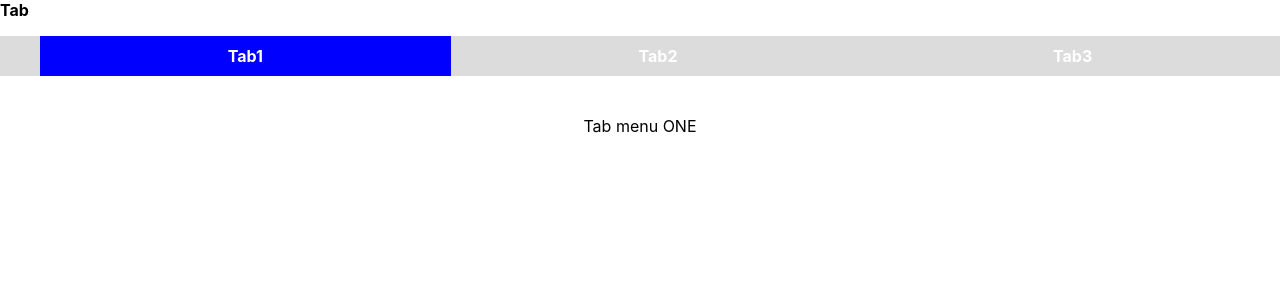
Repository: janghwahyun/wanted_pre_onboarding
Page: /Tab
An editor plug-in stored every save of this project. The page is shown before and after the next save, followed by the edit.
The browser window is 1280 px wide. The pictures show the whole page.
The project was rebuilt for these pictures with package versions that can differ from the ones it lists, and the page was loaded fresh each time. Also part of the build but not shown: src/component/ClickToEdit.js, src/component/AutoComplete.js, src/component/Modal.js, src/component/Tag.js, src/component/Toggle.js.

Above is the page before, as saved 2022-02-11 14:10:12.

After the next save:
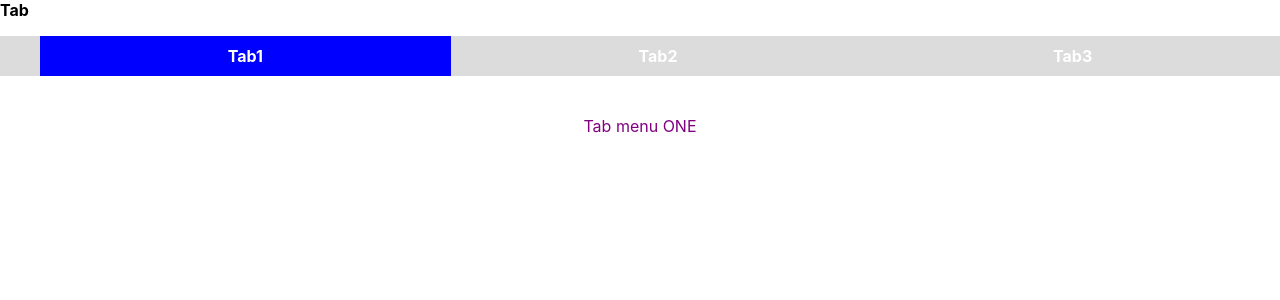
Saved 65 s later.
--- a/src/component/Tab.js
+++ b/src/component/Tab.js
@@ -26,9 +26,9 @@ const Tab = () => {
             );
           })}
         </TabMenu>
-        <Desc>
+        <View>
           <p>{menuArr[currentTab].value}</p>
-        </Desc>
+        </View>
       </div>
     </>
   );
@@ -67,7 +67,8 @@ const TabMenu = styled.ul`
   }
 `;
 
-const Desc = styled.div`
+const View = styled.div`
+  color: purple;
   text-align: center;
 `;
 
